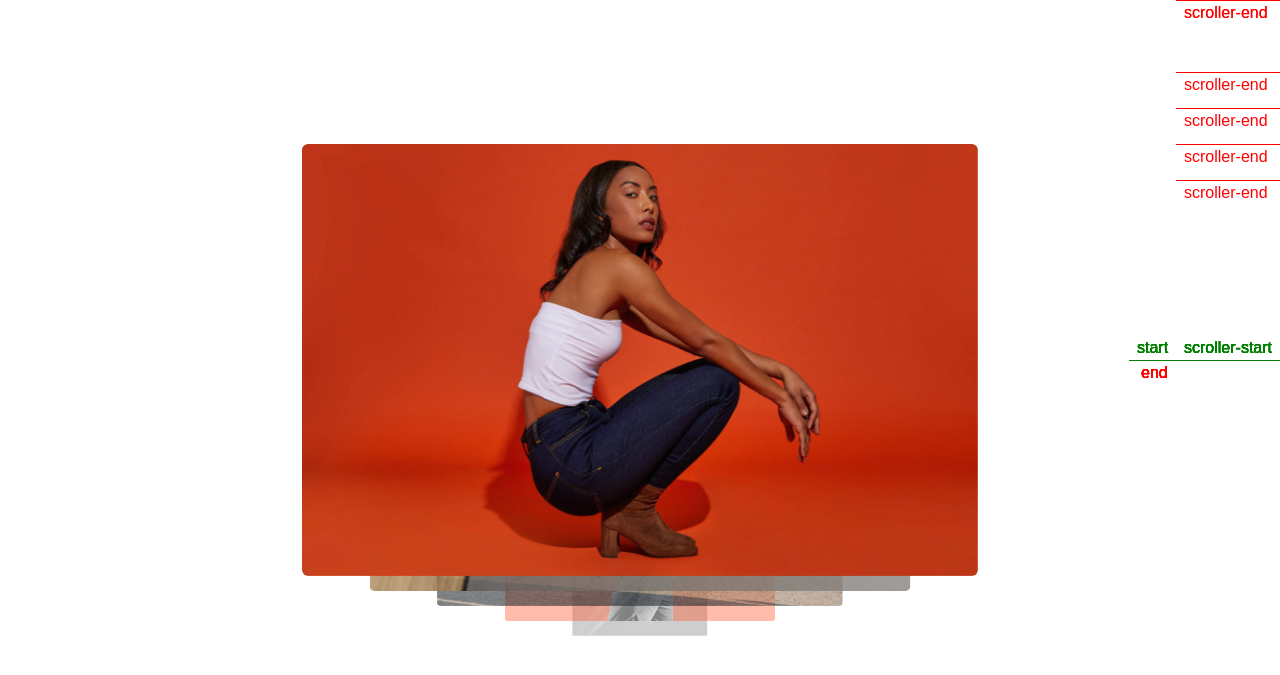
Repository: lwygold/motion
Page: layout/이미지 위로 계속 올라가는레이아웃.html
These files come from the project's save history. The page is drawn as it stood at one moment and after the next save; the edit follows.
The browser window is 1280 px wide. The pictures show the window.
A layer covers the whole window, so only the first screen is drawn.

Above is the page before, as saved 2023-02-21 14:15:43.

After the next save:
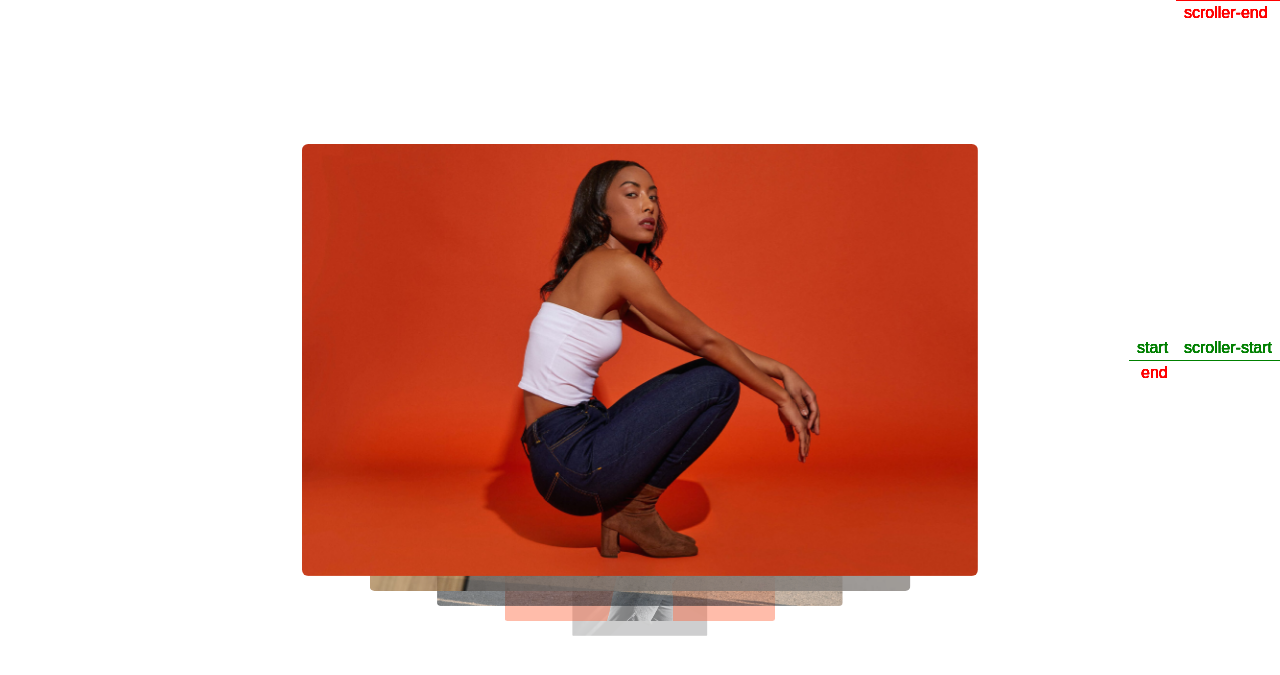
Saved 12 s later.
--- a/layout/이미지 위로 계속 올라가는레이아웃.html
+++ b/layout/이미지 위로 계속 올라가는레이아웃.html
@@ -197,7 +197,7 @@
                 scrollTrigger: {
                     trigger: 'section',
                     start: "center center",
-                    end: 'center 10%',
+                    end: 'center 0%',
                     pin: true,
                     scrub: true,
                     markers: true,
@@ -208,7 +208,7 @@
                 scrollTrigger: {
                     trigger: 'section',
                     start: "center center",
-                    end: 'center 15%',
+                    end: 'center 0%',
                     pin: true,
                     scrub: true,
                     markers: true,
@@ -219,7 +219,7 @@
                 scrollTrigger: {
                     trigger: 'section',
                     start: "center center",
-                    end: 'center 20%',
+                    end: 'center 0%',
                     pin: true,
                     scrub: true,
                     markers: true,
@@ -230,7 +230,7 @@
                 scrollTrigger: {
                     trigger: 'section',
                     start: "center center",
-                    end: 'center 25%',
+                    end: 'center 0%',
                     pin: true,
                     scrub: true,
                     markers: true,
